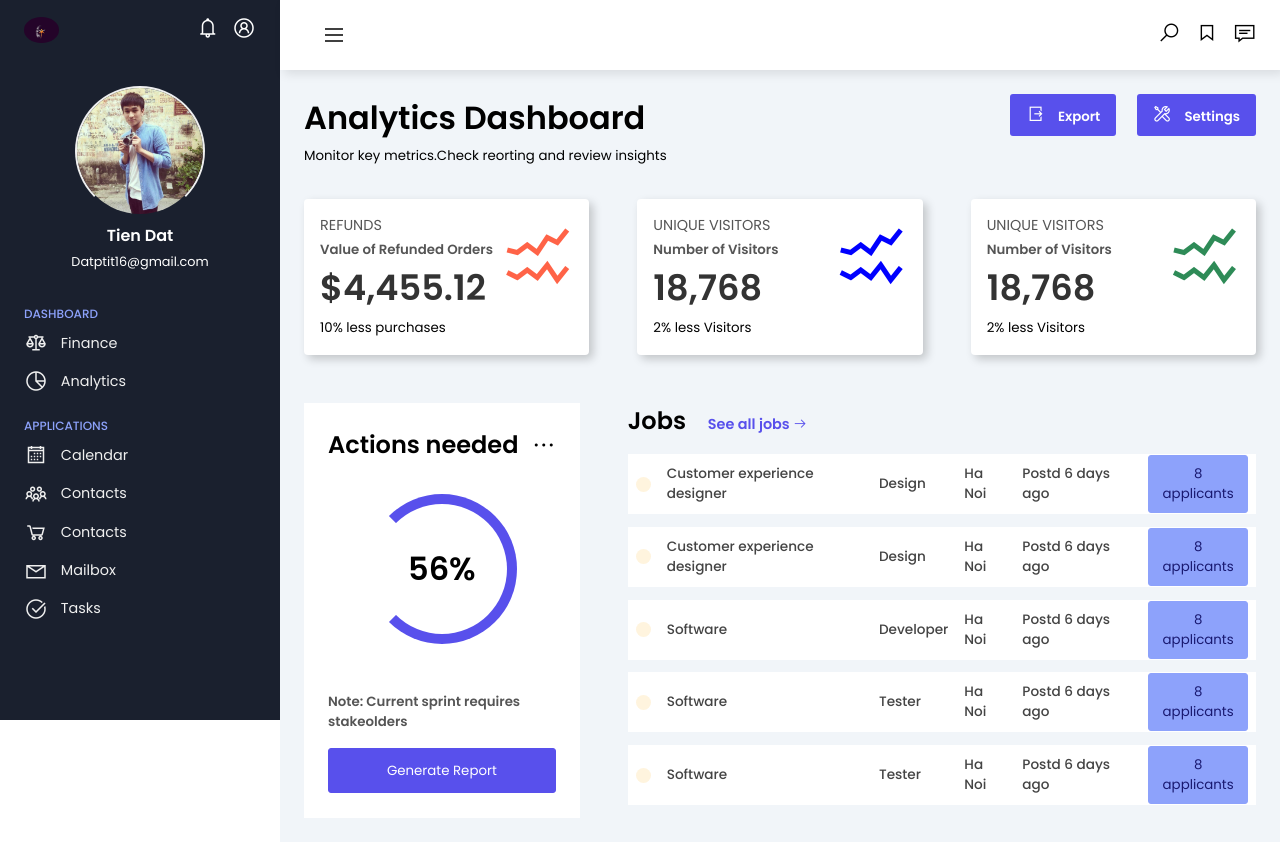
Repository: Datt21/dashboard-fe-project
Page: index.html
An editor plug-in stored every save of this project. The page is shown before and after the next save, followed by the edit.
The browser window is 1280 px wide. The pictures show the whole page.

Above is the page before, as saved 2021-06-08 20:57:39.

After the next save:
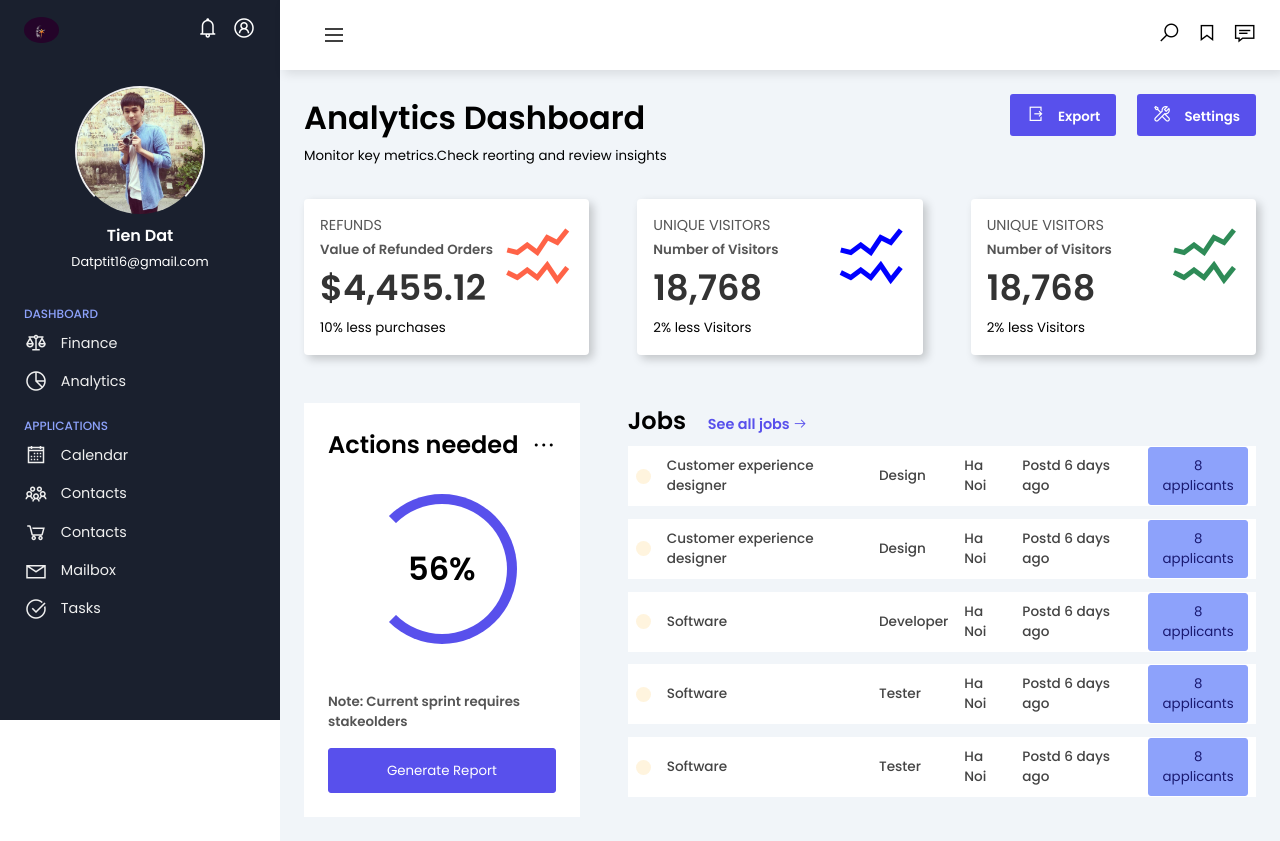
Saved 16 s later.
--- a/assets/css/style.css
+++ b/assets/css/style.css
@@ -310,7 +310,7 @@ main {
 
 .jobs table{
     border-collapse: collapse;
-    margin-top: 1rem;
+    margin-top: 0.5rem;
     overflow-x: auto;
 }
 
